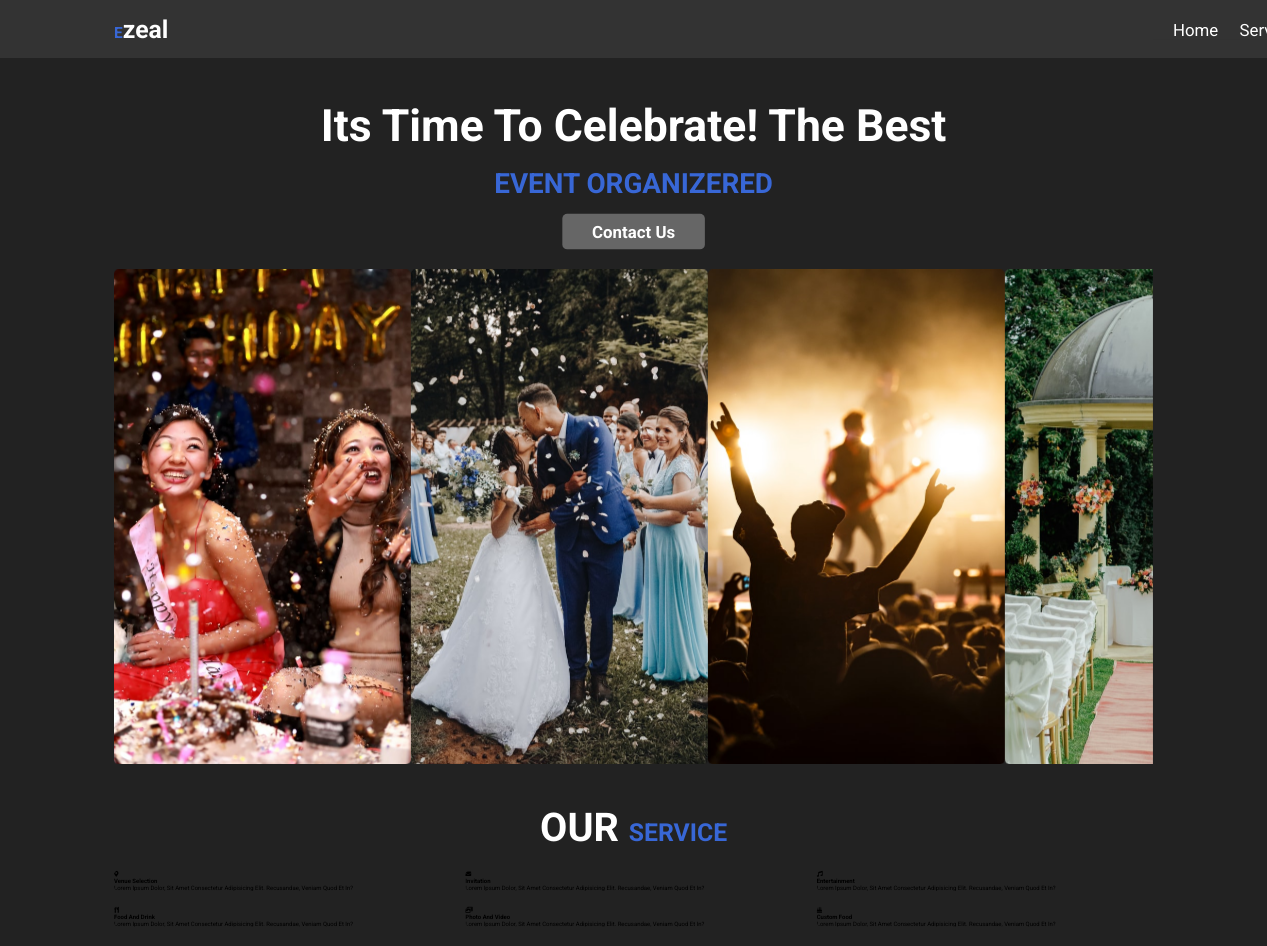
Repository: Jayce1607/First-clone
Page: html/index.html
An editor plug-in stored every save of this project. The page is shown before and after the next save, followed by the edit.
The browser window is 1280 px wide. The pictures show the whole page, at 99% of full size.

Above is the page before, as saved 2021-08-26 19:08:32.
Console error: ReferenceError: Swiper is not defined

### html/index.html
<!DOCTYPE html>
<html lang="en">
<head>
  <meta charset="UTF-8">
  <meta http-equiv="X-UA-Compatible" content="IE=edge">
  <meta name="viewport" content="width=device-width, initial-scale=1.0">
  <title>Event Organizer Website Design Using HTML - CSS - Javascript </title>
  <link rel="stylesheet" href="../css/reset.css">
  <link rel="stylesheet" href="../css/app.css">
  <link
  rel="stylesheet"
  href="https://unpkg.com/swiper@7/swiper-bundle.min.css"
/>
  <link rel="stylesheet" href="https://cdnjs.cloudflare.com/ajax/libs/font-awesome/5.15.4/css/all.min.css">
  <link rel="preconnect" href="https://fonts.googleapis.com">
<link rel="preconnect" href="https://fonts.gstatic.com" crossorigin>
<link href="https://fonts.googleapis.com/css2?family=Roboto:ital,wght@0,100;0,300;0,400;0,500;0,700;0,900;1,900&display=swap" rel="stylesheet">

</head>
<body>
  <!-- header start -->
  <header class="header">
    <a href="#" class="logo"><span>E</span>zeal</a>
    <nav class="navbar">
      <a href="#home">Home</a>
      <a href="#service">Service</a>
      <a href="#about">about</a>
      <a href="#galery">galery</a>
      <a href="#price">price</a>
      <a href="#contact">Contact</a>
    </nav>
    <div id="menu-bars" class="fa fa-bars"></div>
  </header>

  <!-- header end  -->
  <!-- home section start -->
  <section class="home" id="home">
    <div class="content">
      <h3>its time to celebrate! the best <span>event organizered</span></h3>
      <a href="#" class="btn">Contact Us</a>
    </div>
    <div class="swiper mySwiper home-slider ">
      <div class="swiper-wrapper wrapper">
        <div class="swiper-slide">
          <img src="../images/slide-1.jpg" alt="">
        </div>
        <div class="swiper-slide">
          <img src="../images/slide-2.jpg" alt="">
        </div>
        <div class="swiper-slide">
          <img src="../images/slide-3.jpg" alt="">
        </div>
        <div class="swiper-slide">
          <img src="../images/slide-4.jpg" alt="">
        </div>
        <div class="swiper-slide">
          <img src="../images/slide-5.jpg" alt="">
        </div>
      </div>
    </div>
  </section>
  <!-- home section end -->
<!-- service section start -->
  <section class="service" id="service">
    <h1 class="heading">Our <span>Service</span></h1>
    <div class="box-container">
      <div class="box">
        <i class="fas fa-map-marker-alt"></i>
        <h3>Venue selection </h3>
        <p>Lorem ipsum dolor, sit amet consectetur adipisicing elit. Recusandae, veniam quod et in?</p>
      </div>
      <div class="box">
        <i class="fas fa-envelope"></i>
        <h3>Invitation </h3>
        <p>Lorem ipsum dolor, sit amet consectetur adipisicing elit. Recusandae, veniam quod et in?</p>
      </div>
      <div class="box">
        <i class="fas fa-music"></i>
        <h3>Entertainment </h3>
        <p>Lorem ipsum dolor, sit amet consectetur adipisicing elit. Recusandae, veniam quod et in?</p>
      </div>
      <div class="box">
        <i class="fas fa-utensils"></i>
        <h3>Food and Drink</h3>
        <p>Lorem ipsum dolor, sit amet consectetur adipisicing elit. Recusandae, veniam quod et in?</p>
      </div>
      <div class="box">
        <i class="fas fa-photo-video"></i>
        <h3>Photo and Video</h3>
        <p>Lorem ipsum dolor, sit amet consectetur adipisicing elit. Recusandae, veniam quod et in?</p>
      </div>
      <div class="box">
        <i class="fas fa-birthday-cake"></i>
        <h3>Custom Food</h3>
        <p>Lorem ipsum dolor, sit amet consectetur adipisicing elit. Recusandae, veniam quod et in?</p>
      </div>
    </div>
  </section>
<!-- service section end -->

  <script src="../javascript/starter.js"></script>
  <script src="https://unpkg.com/swiper@7/swiper-bundle.min.js"></script>
</body>
</html>

### css/reset.css
:root{
  --main-color:#3867d6;

}
*{
  margin: 0;
  padding: 0;
  border: 0;
  font-size: 100%;
  text-decoration: none;
  text-transform: capitalize;
  transition: .2s linear;
  font-family: 'Roboto', sans-serif;

 }
html, body, div, span, applet, object, iframe,h1, h2, h3, h4, h5, h6, p{
  margin: 0;
  padding: 0;
  border: 0;
  font-size: 62.5%;
  font-family: 'Roboto', sans-serif;
  overflow-x: hidden;
  scroll-padding-top: 7rem;
  scroll-behavior: smooth;
}
html::-webkit-scrollbar{
  width: 1rem;
}
html::-webkit-scrollbar-track{
background: #444;
}
html::-webkit-scrollbar-thumb{
  background: var(--main-color);
  border-radius: 5rem;
}
body{
  background-color: #222;
}
ol, ul {
  list-style: none;
}
img{
  object-fit: cover;
  max-width: 100%;
  width: 100%;
}
section{
  padding: 2rem 9%;
}
.heading{
  text-align: center;
  padding-bottom: 2rem;
  color: #fff;
  text-transform: uppercase;
  font-size: 4rem;
}
.heading span{
  color: var(--main-color);
  text-transform: uppercase;
}

### css/app.css
.header {
  position: fixed;
  top: 0;
  left: 0;
  right: 0;
  z-index: 1000;
  background-color: #333;
  display: flex;justify-content: space-between;
  align-items: center;
  padding: 1.5rem 9%;
}
.header .logo{
  font-weight: bolder;
  font-size: 2.5rem;
  color: #fff;
}
.header .logo span{
  color:var(--main-color);
}
.header .navbar a{
  font-size: 1.7rem;
  color: #fff;
 margin-left: 2rem;
}
.header .navbar a:hover{
  color: var(--main-color);
}
#menu-bars{
  font-size: 3rem;
  color: #fff;
  cursor: pointer;
  display: none;
}
.btn{
  margin-top: 1rem;
  display: inline-block;
  padding: 0.8rem 3rem;
  font-size: 1.7rem;
  border-radius: .5rem;
  border: 0;
  background: #666;
  color: #fff;
  cursor: pointer;
  font-weight: 600;
}
.btn:hover{
  background-color: var(--main-color);
}
/* home section */
.home{
 /* margin-top: 6rem; */

}
.home .content {
  text-align: center;
  padding-top: 6rem;
  margin: 2rem auto;
  max-width: 70rem;
}
.home .content h3{
  font-size: 4.5rem;
  text-align: center;
  color: #fff;
}
.home .content h3 span{
  color: var(--main-color);
  text-transform: uppercase;
}
.home .home-slider .swiper-slide{
  overflow: hidden;
  border-radius: .5rem;
  height: 50rem;
  width: 30rem;
}
.home .home-slider .swiper-slide img{
  width: 100%;
  height: 100%;
  object-fit: cover;
}
/* services */
.service .box-container{
  display: grid;
  grid-template-columns: repeat(auto-fit,minmax(27rem,1fr));
  grid-gap: 1.5rem;
}
.service .box-container .box{
  border-radius: .5rem;
}




























/* media queries */
@media (max-width:991px){
  html{
    font-size: 55%;
  }
  .header{
    padding: 1.5rem 2rem;
  }
  section{
    padding: 2rem;
  }

}
@media (max-width:767px){
  .header #menu-bars{
    display: initial;
  }
  .header .navbar{
    position: absolute;
    top: 100%;
    right: 0;
    bottom: 0;
    left: 0;
    border-top: .1px solid #222;
    background-color: #333;
    transform: translateX(100%);
    opacity: 0;
    transition: opacity .5s linear;
  }
  .header .navbar.active{
    transform: translateX(0);
    opacity: 1;
  }
  .fa-times{
    transform: rotate(180deg);
  }
  .header .navbar a{
    display: flex;

    padding: 1.3rem;
    border-radius: .5rem;
    margin: 1.3rem;
    font-size: 1.5rem;
    background:#444;

  }
  .home .content h3{
    font-size: 4rem;
  }
}
@media (max-width:450px){
  html{
    font-size: 50%;
  }
  .home .home-slider .swiper-slide{
    width: 27rem;
  }


}

### javascript/starter.js
const menu=document.querySelector("#menu-bars");
let navbar=document.querySelector(".navbar");
// menu.addEventListener("click",function(e){
//   navbar.style. clipPath="";
// })
menu.addEventListener("click",function(e){
  e.target.classList.toggle("fa-times");
  navbar.classList.toggle("active")
})

window.onscroll=()=>{
  menu.classList.remove("fa-times")
  navbar.classList.remove("active")

}


// slider
var swiper = new Swiper(".home-slider", {
  effect: "coverflow",
  grabCursor: true,
  centeredSlides: true,
  slidesPerView: "auto",
  coverflowEffect: {
    rotate: 0,
    stretch: 0,
    depth: 100,
    modifier: 2,
    slideShadows: true,
  },
  loop:true,
  autoplay:{
    delay:3000,
    disableOnInteraction:false,
  }
});
// end Slider

After the next save:
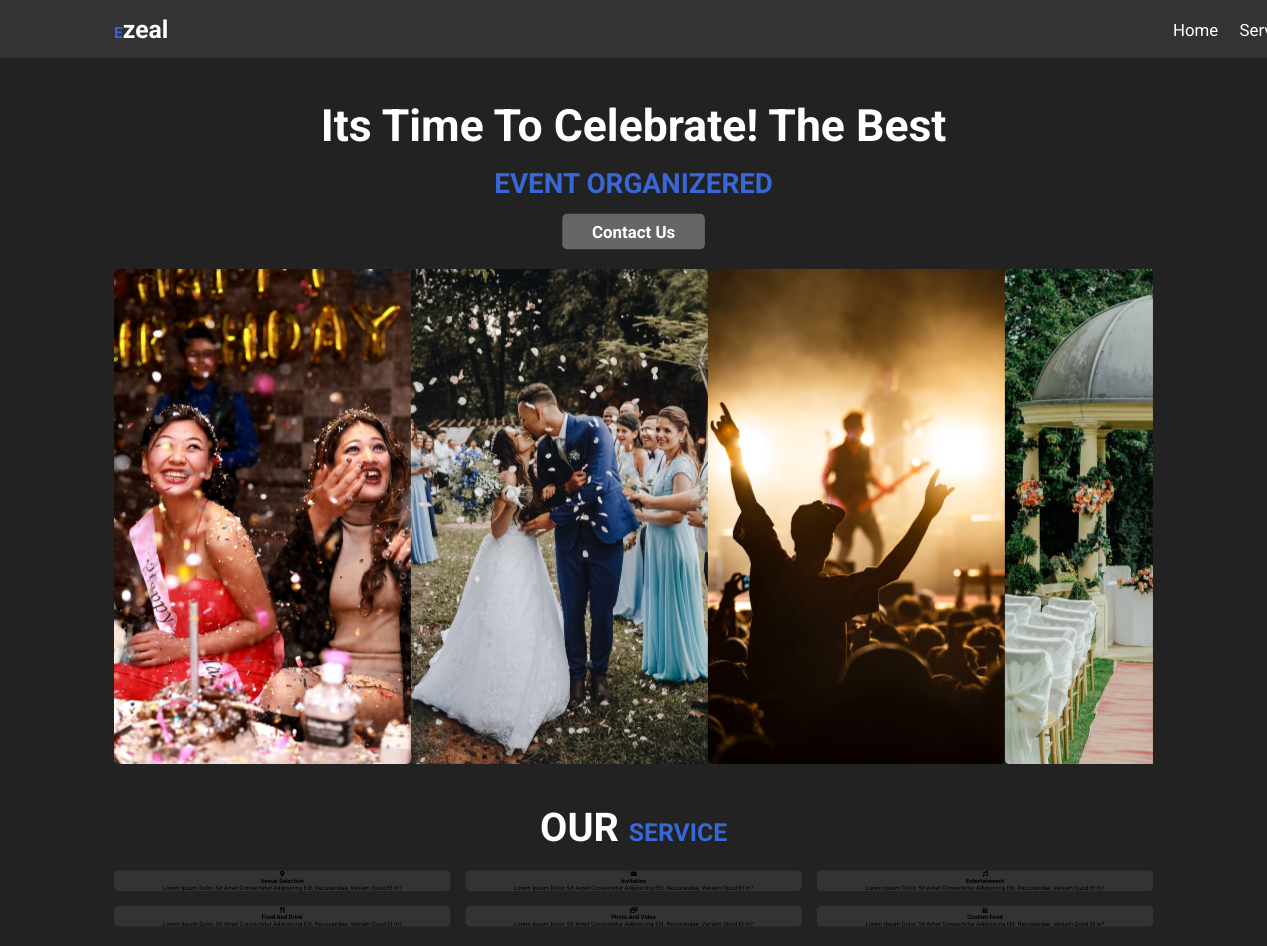
Saved 10 s later.
--- a/css/app.css
+++ b/css/app.css
@@ -85,6 +85,8 @@
 }
 .service .box-container .box{
   border-radius: .5rem;
+  background-color: #333;
+  text-align: center;
 }
 
 
